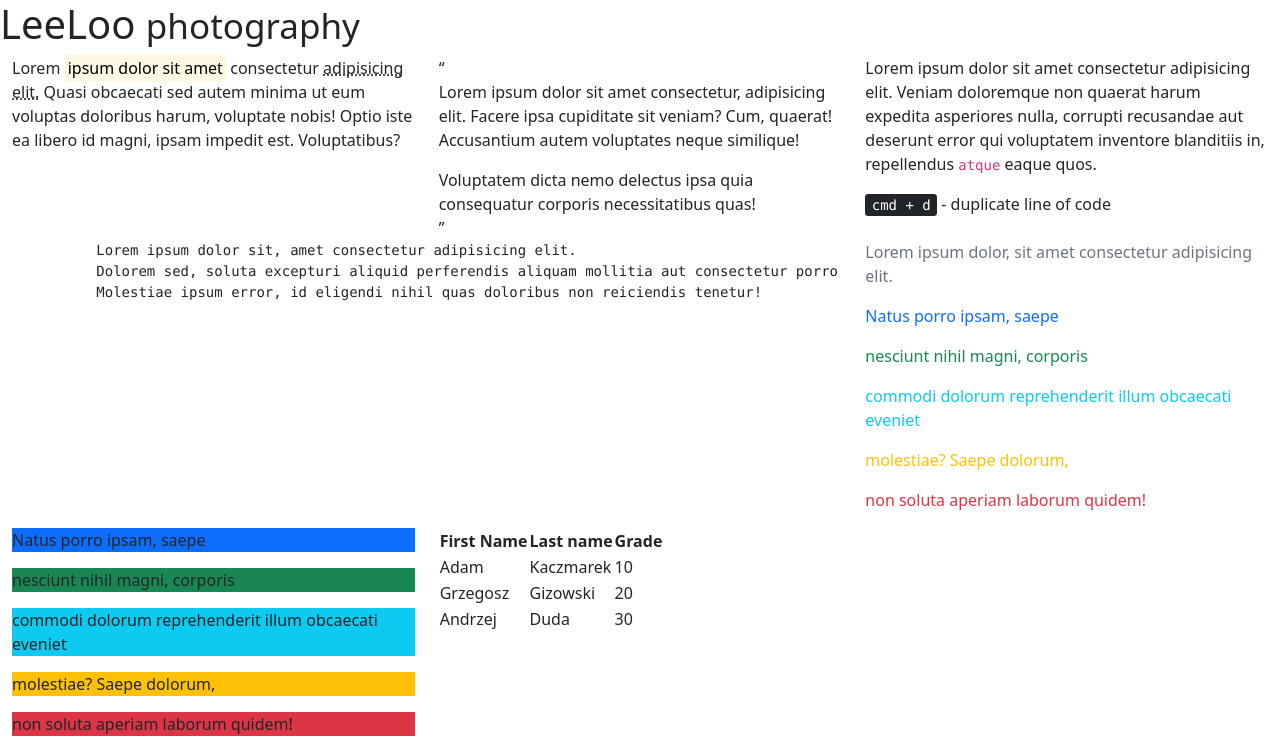
Repository: Zyzik-33/bootstrap-test
Page: index.html
These files come from the project's save history. The page is drawn as it stood at one moment and after the next save; the edit follows.
The browser window is 1280 px wide. The pictures show the whole page.

Above is the page before, as saved 2021-01-27 15:40:52.

### index.html
<!DOCTYPE html>
<html lang="en">
<head>
  <title>LeeLoo</title>
  <meta charset="UTF-8">
  <meta name="viewport" content="width=device-width, initial-scale=1.0">
  <link href="https://cdn.jsdelivr.net/npm/bootstrap@5.0.0-beta1/dist/css/bootstrap.min.css" rel="stylesheet" integrity="sha384-giJF6kkoqNQ00vy+HMDP7azOuL0xtbfIcaT9wjKHr8RbDVddVHyTfAAsrekwKmP1" crossorigin="anonymous">
  <script src="https://ajax.googleapis.com/ajax/libs/jquery/3.5.1/jquery.min.js"></script>
  <script src="https://cdn.jsdelivr.net/npm/bootstrap@5.0.0-beta1/dist/js/bootstrap.bundle.min.js" integrity="sha384-ygbV9kiqUc6oa4msXn9868pTtWMgiQaeYH7/t7LECLbyPA2x65Kgf80OJFdroafW" crossorigin="anonymous"></script>
</head>
<body>
  <h1>LeeLoo <small>photography</small> </h1>
  <div class="container-fluid">

    <div class="row">
      <div class="col-lg-4">Lorem <mark>ipsum dolor sit amet</mark> consectetur <abbr title="Explanation">adipisicing elit.</abbr> Quasi obcaecati sed autem minima ut eum voluptas doloribus harum, voluptate nobis! Optio iste ea libero id magni, ipsam impedit est. Voluptatibus?</div>
      <div class="col-lg-4">
        <q cite="http://developer.mozilla.org">
          <p>
            Lorem ipsum dolor sit amet consectetur, adipisicing elit. Facere ipsa cupiditate sit veniam? Cum, quaerat!
             Accusantium autem voluptates neque similique!
          </p>
          <footer>
            Voluptatem dicta nemo delectus ipsa quia consequatur corporis necessitatibus quas!
          </footer>
        </q>
      </div>
      <div class="col-lg-4">
        <blockquote class="blockquote-reverse">
          <p>
            Lorem ipsum dolor sit amet consectetur adipisicing elit.
            Veniam doloremque non quaerat harum expedita asperiores nulla,
            corrupti recusandae aut deserunt error qui voluptatem inventore
            blanditiis in, repellendus <code>atque</code> eaque quos.
          </p>
          <footer><kbd>cmd + d</kbd> - duplicate line of code</footer>
        </blockquote>
      </div>
    </div>
    <div class="row">
      <div class="col-lg-8">
        <pre>
          Lorem ipsum dolor sit, amet consectetur adipisicing elit.
          Dolorem sed, soluta excepturi aliquid perferendis aliquam mollitia aut consectetur porro.
          Molestiae ipsum error, id eligendi nihil quas doloribus non reiciendis tenetur!
        </pre>
      </div>
      <div class="col-lg-4">
       <p class="text-muted"> Lorem ipsum dolor, sit amet consectetur adipisicing elit.</p>
       <p class="text-primary">Natus porro ipsam, saepe</p>
       <p class="text-success">nesciunt nihil magni, corporis</p>
       <p class="text-info">commodi dolorum reprehenderit illum obcaecati eveniet</p>
       <p class="text-warning">molestiae? Saepe dolorum,</p>
       <p class="text-danger">non soluta aperiam laborum quidem!</p>
      </div>
    </div>
    <div class="row">
      <div class="col-lg-4">
       <p class="bg-primary">Natus porro ipsam, saepe</p>
       <p class="bg-success">nesciunt nihil magni, corporis</p>
       <p class="bg-info">commodi dolorum reprehenderit illum obcaecati eveniet</p>
       <p class="bg-warning">molestiae? Saepe dolorum,</p>
       <p class="bg-danger">non soluta aperiam laborum quidem!</p>
      </div>
      <div class="col-lg-4">
        <table>
          <thead>
            <tr>
              <th>First Name</th>
              <th>Last name</th>
              <th>Grade</th>
            </tr>
          </thead>
          <tbody>
            <tr>
              <td>Adam</td>
              <td>Kaczmarek</td>
              <td>10</td>
            </tr>
            <tr>
              <td>Grzegosz</td>
              <td>Gizowski</td>
              <td>20</td>
            </tr>
            <tr>
              <td>Andrzej</td>
              <td>Duda</td>
              <td>30</td>
            </tr>
          </tbody>
        </table>
      </div>
      <div class="col-lg-4"></div>
    </div>
  </div>
</body>
</html>

After the next save:
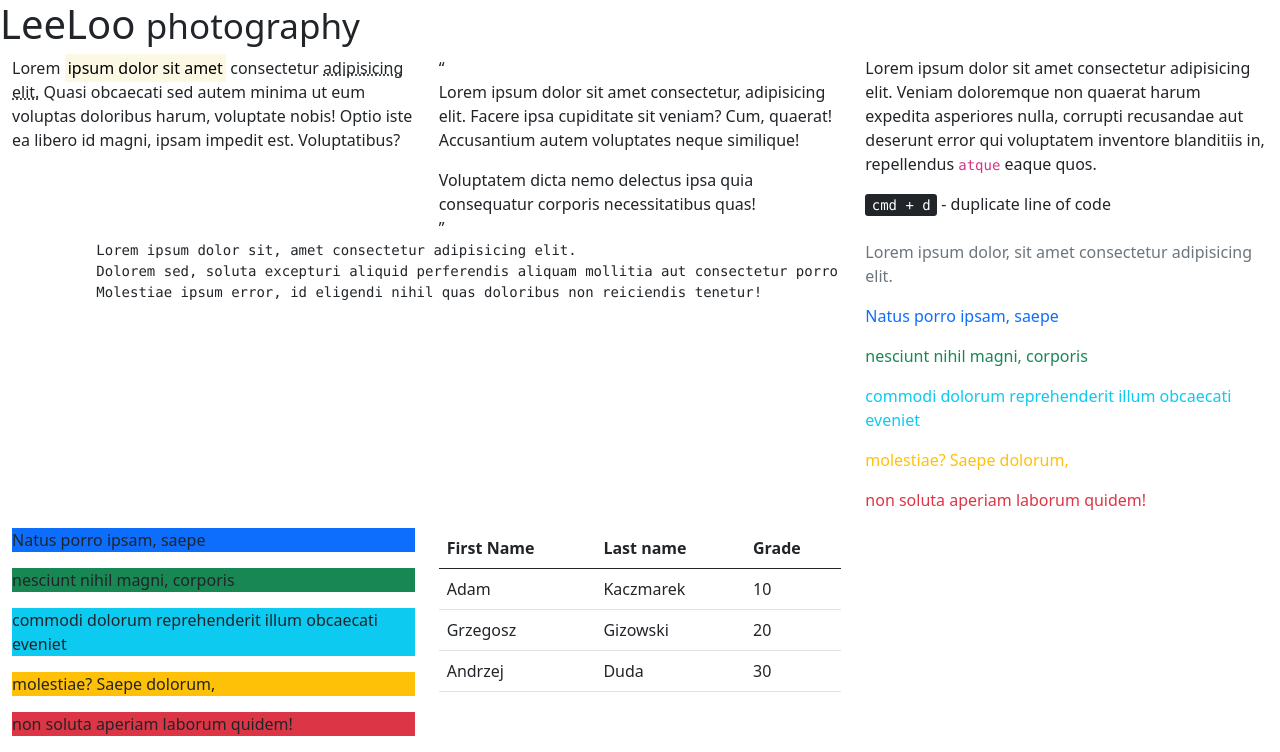
Saved 39 s later.
--- a/index.html
+++ b/index.html
@@ -63,7 +63,7 @@
        <p class="bg-danger">non soluta aperiam laborum quidem!</p>
       </div>
       <div class="col-lg-4">
-        <table>
+        <table class="table">
           <thead>
             <tr>
               <th>First Name</th>
